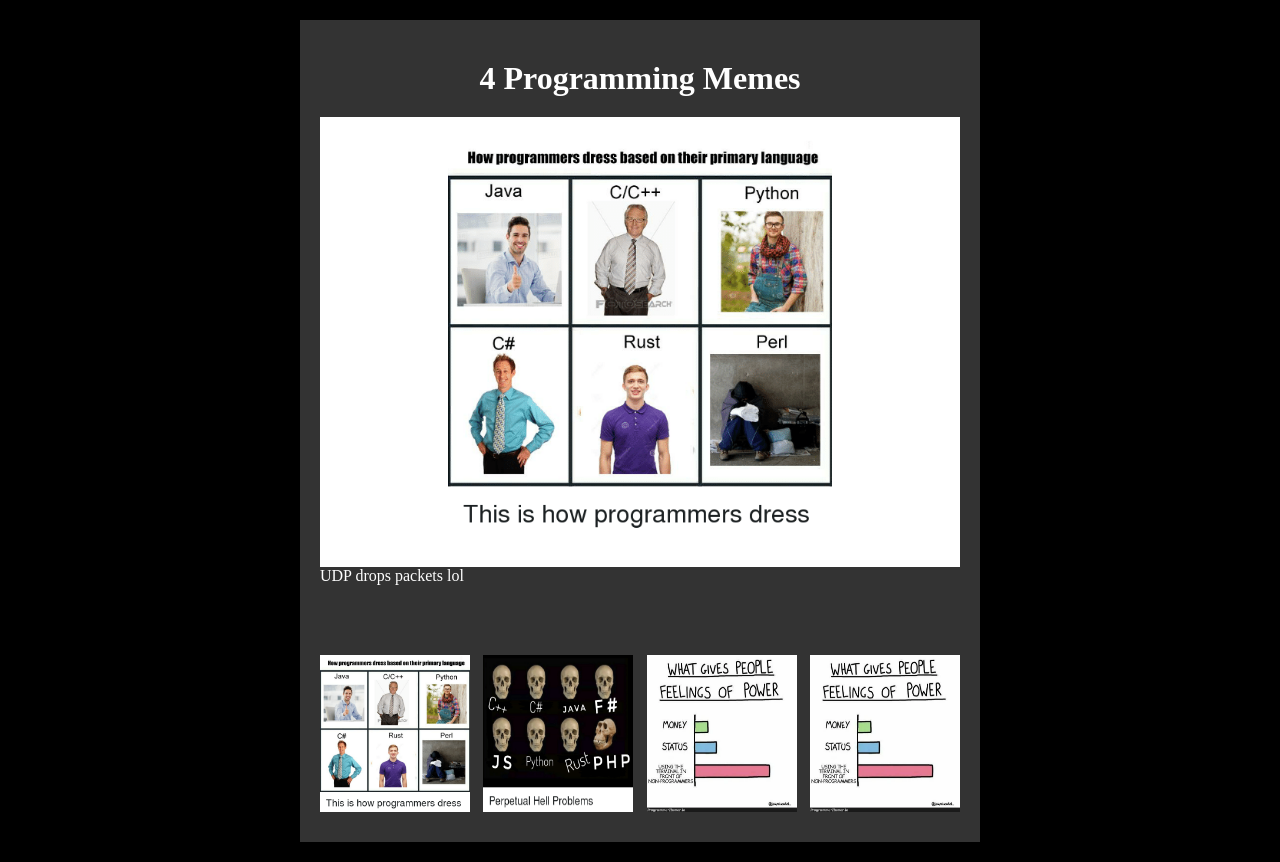
Repository: apopheny/JS230
Page: slideshow/index.html
An editor plug-in stored every save of this project. The page is shown before and after the next save, followed by the edit.
The browser window is 1280 px wide. The pictures show the whole page.

Above is the page before, as saved 2024-02-05 14:10:41.
Console error: ReferenceError: func is not defined

### slideshow/index.html
<!DOCTYPE html>
<html lang="en">
  <head>
    <meta charset="UTF-8" />
    <meta name="viewport" content="width=device-width, initial-scale=1.0" />
    <title>Meme Slideshow</title>
    <link rel="stylesheet" href="stylesheets/slideshow.css" />
  </head>
  <body>
    <div id="slideshowContainer"></div>

    <script type="text/x-handlebars-template" id="galleryTemplate">
      <div class="slideshow">
        <h1>4 Programming Memes</h1>
        <div>
          {{> loadedPicturePartial this.[0]}}
        </div>
        <div class="gallery">
          {{> imageGalleryPartial this}}
        </div>
      </div>
    </script>

    <script type="text/x-handlebars-template" id="loadedPicturePartial">
      <div class="loadedPicture">
        <img
          src="assets/pic_{{this.id}}.png"
          alt="{{this.alt}}"
          class="loadedPicture"
        />
      </div>
      <span id="captionText">{{this.alt}}</span>
    </script>

    <script type="text/x-handlebars-template" id="imageGalleryPartial">
      <div class="image-gallery">
        {{#each this}}
          <img src="assets/pic_{{this.id}}.png" class="image-thumbnail" />
        {{/each}}
      </div>
    </script>

    <script src="https://cdn.jsdelivr.net/npm/handlebars@latest/dist/handlebars.js"></script>
    <script src="javascripts/slideshow.js"></script>
  </body>
</html>

### slideshow/stylesheets/slideshow.css
body {
  background-color: #000;
  display: flex;
  justify-content: center;
  align-items: center;
  min-height: 100vh;
  margin: 0;
  padding: 20px; /* Add some padding around the main container */
}

#slideshowContainer {
  display: flex;
  flex-direction: column;
  align-items: center;
  width: 90%; /* Make it responsive to the viewport width */
  max-width: 50vw; /* Set a max-width to prevent it from becoming too large */
  min-height: 100vh; /* Minimum height to take up more viewport space */
  background-color: #333;
  padding: 20px;
  box-shadow: 0 0 10px rgba(0, 0, 0, 0.5);
}

.slideshow h1 {
  text-align: center; /* Center the text horizontally */
  font-size: 2em; /* Increase the font size */
  color: #fff; /* Change the color to white or any color you prefer */
  margin: 0 auto; /* Center the heading and remove default margin */
  padding: 20px 0; /* Add some padding above and below the heading */
}

div.loadedPicture {
  width: 100%; /* Ensure it takes the full width of its container */
  background-color: #fff; /* White background for the image */
  display: flex; /* Use flex to center the image */
  justify-content: center; /* Center the image horizontally */
  padding: 20px; /* Add some padding around the image */
  padding-bottom: 20px;
  box-sizing: border-box; /* Include padding in width calculation */
}

.loadedPicture img {
  max-width: 100%; /* Ensure image does not overflow its container */
  max-height: 400px; /* Adjust based on your preference */
  margin-bottom: 10px; /* Space between image and caption */
}

#captionText {
  color: #fff;
  padding-top: 20px; /* Space between caption and gallery */
  margin-bottom: 20px; /* Space between caption and gallery */
}

.image-gallery {
  padding-top: 70px;
  display: flex;
  flex-wrap: wrap;
  justify-content: space-between;
  width: 100%;
}

.image-thumbnail {
  width: calc(25% - 10px); /* Four images per row, adjust margin */
  margin-bottom: 10px; /* Space between rows of images */
}

### slideshow/javascripts/slideshow.js
(function () {
  const memes = [
    {
      id: 1,
      alt: "UDP drops packets lol",
    },
    {
      id: 2,
      alt: "But why no JavaScript devs?",
    },
    {
      id: 3,
      alt: "I have never used PHP but still have an opinion somehow",
    },
    {
      id: 4,
      alt: "I am 1337 h4x0r and one day I'll learn grep and cURL",
    },
  ];

  Handlebars.registerPartial(
    "loadedPicturePartial",
    document.getElementById("loadedPicturePartial").innerHTML
  );
  Handlebars.registerPartial(
    "imageGalleryPartial",
    document.getElementById("imageGalleryPartial").innerHTML
  );
  let galleryTemplate = Handlebars.compile(
    document.getElementById("galleryTemplate").innerHTML
  );

  document.getElementById("slideshowContainer").innerHTML =
    galleryTemplate(memes);

  document.addEventListener("DOMContentLoaded", func);
})();

After the next save:
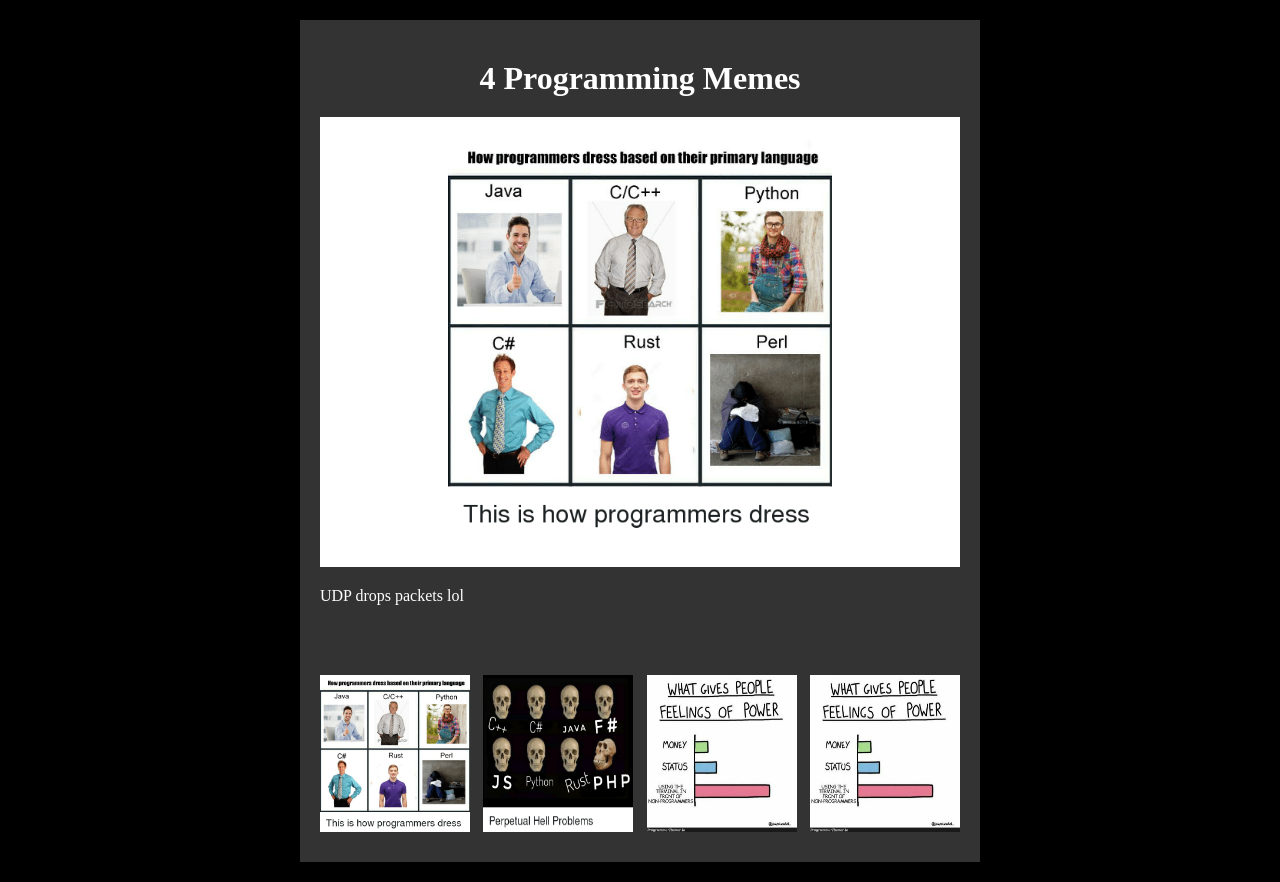
Saved 4 s later.
--- a/slideshow/stylesheets/slideshow.css
+++ b/slideshow/stylesheets/slideshow.css
@@ -34,7 +34,7 @@
   display: flex; /* Use flex to center the image */
   justify-content: center; /* Center the image horizontally */
   padding: 20px; /* Add some padding around the image */
-  padding-bottom: 20px;
+  margin-bottom: 20px;
   box-sizing: border-box; /* Include padding in width calculation */
 }
 
